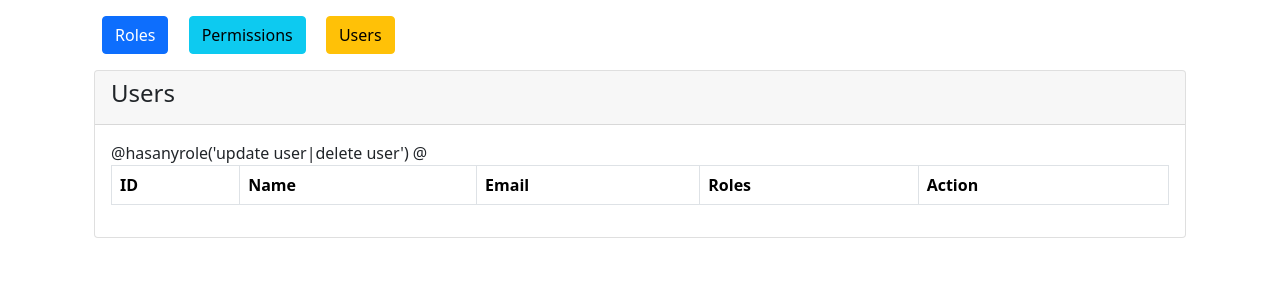
Repository: viisantos/permission_demo
Page: http://localhost/users
An editor plug-in stored every save of this project. The page is shown before and after the next save, followed by the edit.
The browser window is 1280 px wide. The pictures show the whole page.
The page is served by the project's Laravel application, run on PHP 8.4 with Laravel 10. Other server files are loaded and not shown. Queries for data that is not in the repository find no rows.

Above is the page before, as saved 2024-05-25 21:08:22.

### routes/web.php
<?php

use App\Http\Controllers\ProfileController;
use Illuminate\Support\Facades\Route;

/*
|--------------------------------------------------------------------------
| Web Routes
|--------------------------------------------------------------------------
|
| Here is where you can register web routes for your application. These
| routes are loaded by the RouteServiceProvider and all of them will
| be assigned to the "web" middleware group. Make something great!
|
*/

Route::get('/', function () {
    return view('welcome');
});

Route::get('/dashboard', function () {
    return view('dashboard');
})->middleware(['auth', 'verified'])->name('dashboard');

/*
Route::middleware('auth')->group(function () {

});*/

Route::group(['middleware' => ['role:super-admin|admin|regular']], function () {
    Route::get('/profile', [ProfileController::class, 'edit'])->name('profile.edit');
    Route::patch('/profile', [ProfileController::class, 'update'])->name('profile.update');
    Route::delete('/profile', [ProfileController::class, 'destroy'])->name('profile.destroy');
    Route::name('profile.destroy')->middleware('permission:delete role');
    Route::resource('permissions', App\Http\Controllers\PermissionController::class);
    //Route::get('permissions/{permissionId}/delete', [App\Http\Controllers\PermissionController::class, 'destroy']);
    Route::resource('roles', App\Http\Controllers\RoleController::class);
   // Route::get('roles/{roleId}/delete', [App\Http\Controllers\RoleController::class, 'destroy']);
    Route::get('roles/{role}/add-permissions', [App\Http\Controllers\RoleController::class, 'addPermissionToRole'])->name('roles.add-permissions');
    Route::put('roles/{role}/give-permissions', [App\Http\Controllers\RoleController::class, 'givePermissionToRole'])->name('roles.give-permissions');
    Route::resource('users', App\Http\Controllers\UserController::class);
    //Route::get('users/{userId}/delete', [App\Http\Controllers\UserController::class, 'destroy']);
});

require __DIR__.'/auth.php';

### app/Http/Controllers/UserController.php
<?php

namespace App\Http\Controllers;

use Illuminate\Http\Request;
use App\Models\User;
use Illuminate\Support\Facades\Hash;
use Spatie\Permission\Models\Role;

class UserController extends Controller
{
    public function __construct(){
        $this->middleware('permission:delete user', ['only' => ['destroy']]);
        $this->middleware('permission:update user', ['only' => ['update','edit']]);
        $this->middleware('permission:view user',   ['only' => ['index','show']]);
        $this->middleware('permission:create user', ['only' => ['create','store']]);
    }
    public function index(){
        $users = User::get();
        return view('role-permission.user.index', compact('users'));
    }

    public function create(){
        $roles = Role::pluck('name','name')->all();
        return view('role-permission.user.create', compact('roles'));
    }
    public function store(Request $request){
     /*
        $request->validate([
            'name' => 'required|string|max:255',
            'email' => 'required|email|max:255',
            'password' => 'required|string|min:8|max:20',
            'roles' => 'required'
        ]);*/


        $user = User::create([
            'name'  => $request->name,
            'email' => $request->email,
            'password' => Hash::make($request->password),
        ]);


        $user->syncRoles($request->roles);


        return redirect('/users')->with('status','User created successfully with roles');

    }

    public function edit(User $user){
        $roles = Role::pluck('name','name')->all();
        $userRoles = $user->roles->pluck('name','name')->all();

        return view('role-permission.user.edit', compact('user','roles','userRoles'));
    }

    public function update(Request $request, User $user){

        $data = [
            'name'  => $request->name,
            'email' => $request->email
        ];

        if(!empty($request->password)){
            $data += [
                'password' => Hash::make($request->password),
            ];
        }

        $user->update($data);
        $user->syncRoles($request->roles);

        return redirect('/users')->with('status','User updated successfully');
    }

    public function destroy(User $user){
        //$user = User::findOrFail($userId);
        $user->delete();
        return redirect('/users')->with('status','User deleted successfully');
    }
}

### resources/views/role-permission/user/index.blade.php
<head>
    <link href="https://cdn.jsdelivr.net/npm/bootstrap@5.3.2/dist/css/bootstrap.min.css" rel="stylesheet" integrity="sha384-T3c6CoIi6uLrA9TneNEoa7RxnatzjcDSCmG1MXxSR1GAsXEV/Dwwykc2MPK8M2HN" crossorigin="anonymous">
    <link rel="stylesheet" href="https://cdn.jsdelivr.net/npm/bootstrap@5.1.3/dist/css/bootstrap.min.css" />
</head>
@include('role-permission.nav-links')
<div class="container">
    <div class="row">
        <div class="col-md-12">
            @if(session('status'))
                <div class="alert alert-success">
                    {{ session('status') }}
                </div>
            @endif
            <div class="card mt-3">
                <div class="card-header">
                    <h4>Users</h4>
                    @can('create user')
                        <a href="{{ route('users.create') }}" class="btn btn-primary float-end">Add User</a>
                    @endcan
                </div>
                <div class="card-body">
                    <table class="table table-bordered table-striped">
                        <thead>
                            <tr>
                                <th>ID</th>
                                <th>Name</th>
                                <th>Email</th>
                                <th>Roles</th>
                                @hasanyrole('update user|delete user')
                                <th>Action</th>
                                @
                            </tr>
                        </thead>
                        <tbody>
                            @foreach($users as $user)
                                <tr>
                                    <td>{{ $user->id }}</td>
                                    <td>{{ $user->name }}</td>
                                    <td>{{ $user->email }}</td>
                                    <td>
                                        @if(!empty($user->getRoleNames()))
                                            @foreach($user->getRoleNames() as $rolename)
                                                <label class="badge bg-primary mx-1">{{ $rolename }}</label>
                                            @endforeach
                                        @endif
                                    </td>
                                    <td>
                                        @can('update user')
                                            <a href="{{ route('users.edit', ['user' => $user->id]) }}" class="btn btn-success">Edit</a>
                                        @endcan
                                        @can('delete user')
                                            <form action="{{ route('users.destroy', $user->id) }}" method="POST" style="display: inline;">
                                                @csrf
                                                @method('DELETE')
                                                <button type="submit" class="btn btn-danger">Delete</button>
                                            </form>
                                        @endcan
                                    </td>
                                </tr>
                            @endforeach
                        </tbody>
                    </table>
                </div>
            </div>
        </div>
    </div>
</div>

### resources/views/role-permission/nav-links.blade.php
<div class="container mt-3">
    <a href="{{ route('roles.index') }}" class="btn btn-primary mx-2">Roles</a>
    <a href="{{ route('permissions.index') }}" class="btn btn-info mx-2">Permissions</a>
    <a href="{{ route('users.index') }}" class="btn btn-warning mx-2">Users</a>
</div>

Loaded but not shown: routes/auth.php (common file); app/Http/Controllers/Auth/EmailVerificationPromptController.php (common file); app/Http/Controllers/Controller.php (common file); app/Http/Controllers/Auth/VerifyEmailController.php (common file); app/Models/User.php (common file)

After the next save:
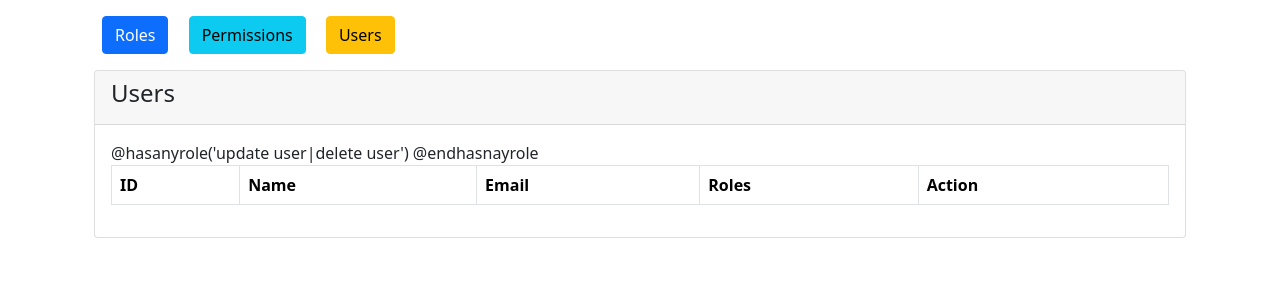
Saved 5 s later.
--- a/resources/views/role-permission/user/index.blade.php
+++ b/resources/views/role-permission/user/index.blade.php
@@ -28,7 +28,7 @@
                                 <th>Roles</th>
                                 @hasanyrole('update user|delete user')
                                 <th>Action</th>
-                                @
+                                @endhasnayrole
                             </tr>
                         </thead>
                         <tbody>
